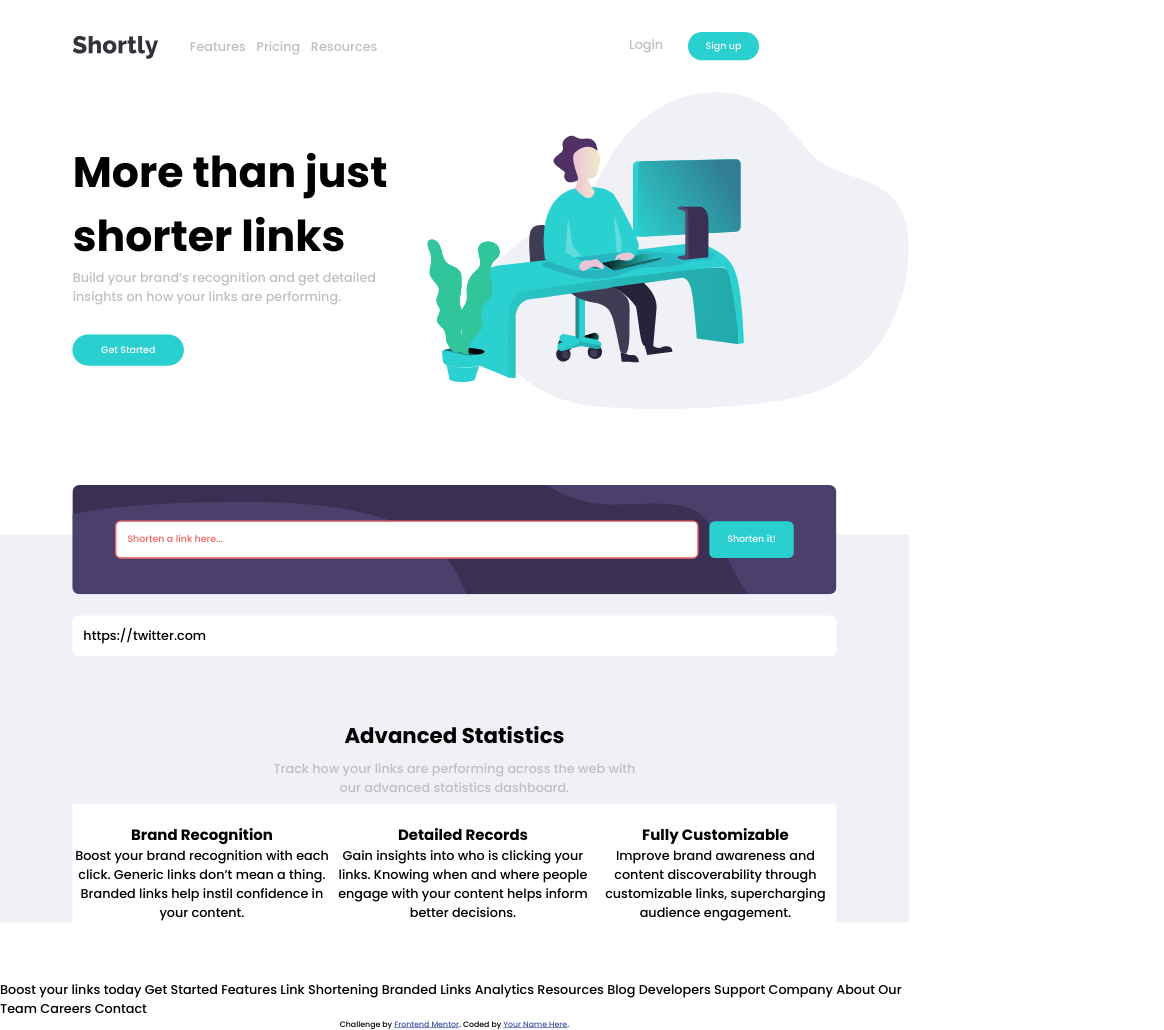
Repository: mamulini/URL-shortener
Page: index.html
An editor plug-in stored every save of this project. The page is shown before and after a run of saves, followed by the edit.
The browser window is 1280 px wide. The page is 1280 px wide, then 1640 px, so the pictures cover 1640 px, including what lies to the right of the window. The pictures show the whole page, at 71% of full size.
The style sheet was rebuilt from its Sass, Less or Tailwind sources for each picture, by a compiler version that may differ from the author's.

Above is the page before, as saved 2020-04-11 22:57:28.

### index.html
<!DOCTYPE html>
<html lang="en">
<head>
  <meta charset="UTF-8">
  <meta name="viewport" content="width=device-width, initial-scale=1.0"> <!-- displays site properly based on user's device -->

  <link rel="icon" type="image/png" sizes="32x32" href="./images/favicon-32x32.png">
  <link rel="stylesheet" href="./sass/main.css">

  <title>Frontend Mentor | Shortly URL shortening API Challenge</title>

  <!-- Feel free to remove these styles or customise in your own stylesheet 👍 -->

</head>
<body>
  <header class="header container">
    <a href="/" class="header__logo"><img src="./images/logo.svg" alt="logo">
    </a>
    <nav class="nav">
      <ul class="nav__menu">
        <li class="nav__item"><a class="nav__link" href="#">Features</a></li>
        <li class="nav__item"><a class="nav__link" href="#">Pricing</a></li>
        <li class="nav__item"><a class="nav__link" href="#">Resources</a></li>
      </ul>
    </nav>
    <div class="user">
      <a class="user__login" href="#" >Login</a>
      <button class="user__sign-up btn--blue" type="button">Sign up</button>
    </div>

  </header>
  <main class="main">
    <div class="intro">
      <div class="intro__description">
        <h1 class="intro__title">More than just shorter links</h1>
        <p class="intro__subtitle">Build your brand’s recognition and get detailed <br> insights
          on how your links are performing.</p>
        <button class="intro__btn btn--blue">Get Started</button>

      </div>
      <div class="intro__img">
        <img src="./images/illustration-working.svg" alt="image">
      </div>
    </div>
    <div class="shorten ">
      <div class="shorten__handler container">
        <form class="shorten__form">
          <input class="shorten__input" type="text" value="" placeholder="Shorten a link here...">
          <button class="shorten__btn btn--blue" type="button">Shorten it!</button>
        </form>
      </div>
      <div class="shorten__link container">
        https://twitter.com
      </div>
    </div>
    <div class="statistics ">
      <h2 class="statistics__title">Advanced Statistics</h2>
      <p class="statistics__subtitle">Track how your links are performing across the web with our
        advanced statistics dashboard.</p>
      <div class="blocks_wrapper container">
        <div class="blocks ">
          <img src="" alt="" class="blocks__icon">
          <h3 class="blocks__title">Brand Recognition</h3>
          <p class="blocks__subtitle">Boost your brand recognition with each click. Generic links don’t
            mean a thing. Branded links help instil confidence in your content.</p>
        </div>
        <div class="blocks">
          <img src="" alt="" class="blocks__icon">
          <h3 class="blocks__title">Detailed Records</h3>
          <p class="blocks__subtitle">Gain insights into who is clicking your links. Knowing when and where
            people engage with your content helps inform better decisions.</p>
        </div>
        <div class="blocks">
          <img src="" alt="" class="blocks__icon">
          <h3 class="blocks__title">Fully Customizable</h3>
          <p class="blocks__subtitle">Improve brand awareness and content discoverability through customizable
            links, supercharging audience engagement.</p>
        </div>
      </div>
    </div>
  </main>

  <br>
  <br>
  <br>
  Boost your links today

  Get Started

  Features

  Link Shortening
  Branded Links
  Analytics

  Resources

  Blog
  Developers
  Support

  Company

  About
  Our Team
  Careers
  Contact

  <div class="attribution">
    Challenge by <a href="https://www.frontendmentor.io?ref=challenge" target="_blank">Frontend Mentor</a>.
    Coded by <a href="#">Your Name Here</a>.
  </div>
</body>
</html>

### sass/main.scss
@import url('https://fonts.googleapis.com/css2?family=Poppins:wght@500;700&display=swap');

// colors
$text_gray: hsl(0, 0%, 75%);
$cyan_btn:  hsl(180, 66%, 49%);
$dark_violet : hsl(257, 27%, 26%);
$red : hsl(0, 87%, 67%);
$light_bg: #eff1f7;

* {
    padding: 0;
    margin: 0;
    box-sizing: border-box;
}

body{
    font-size: 18px;
    font-family: 'poppins', sans-serif;
    font-weight: 500;

}

img {
    max-width: 100%;
}

.container {
    max-width: 84%;
    margin: 0 auto;
}

.header {
    margin-top: 40px;
    margin-bottom: 40px;
    display: flex;
    justify-content: flex-start;
    align-items: center;
    &__logo{
        flex: 0 0 25%;
        max-width: 150px;
        margin-top: 10px;
    }
}

.nav{
    flex: 0 0 25%;
    &__menu{
        display: flex;
        justify-content: space-between;
        list-style: none;

    }

    &__item{
        margin-left: 15px;
    }

    &__link{
        text-decoration: none;
        color: $text_gray;
        &:hover{
            color: #000000;
        }
    }
}

.user{
    flex: 0 0 50%;
    text-align: right;

    &__login{
        color: $text_gray;
        margin-right: 30px;
        text-decoration: none;
        &:hover{
            color: #000000;
        }
    }
}

.btn--blue{
    padding: 10px 25px;
    border: none;
    cursor: pointer;
    display: inline-block;
    border-radius: 50px;
    background: $cyan_btn;
    outline: none;
    color: #ffffff;
    font-family: 'poppins', sans-serif;
    font-weight: 500;

    &:hover{
        opacity: .5;
    }

    &:active{
        transform: scale(0.90);
    }
}

.intro{
    display: flex;
    justify-content: space-between;

    &__description{
        display: flex;
        flex-direction: column;
        justify-content: center;
        align-items: flex-start;
        max-width: 500px;
        margin-left: 8%;
    }

    &__title {
        font-size: 60px;
    }

    &__subtitle {
        text-align-last: left;
        color: $text_gray;
    }

    &__btn{
        margin-top: 40px;
        padding: 12px 40px;
    }
}

.shorten{
    background: $light_bg;
    margin-top: 170px;

    &__handler{
        background-image: url('../images/bg-shorten-desktop.svg');
        background-position: center;
        background-size: cover;
        background-color: $dark_violet;
        border-radius: 10px;
        position: relative;
        top: -70px;
        margin-bottom: -60px;
    }

    &__form{
        display: flex;
        justify-content: space-between;
        align-items: center;
        padding: 50px 60px;
    }

    &__input{
        flex: 1;
        padding: 15px;
        border-radius: 8px;
        margin-right: 15px;
        font-family:'poppins', sans-serif;
        border: 2px solid $red;
        outline: none;
         &::placeholder{
            color: $red;
         }
    }

    &__btn{
        border-radius: 8px;
        padding-top: 15px;
        padding-bottom: 17px;
    }

    &__link{
        background: #ffffff;
        padding: 15px;
        margin-top: 20px;
        border-radius: 8px;
    }
}

.statistics{
    background: $light_bg;
    text-align: center;
    padding-top: 90px;

    &__title {
        font-size: 30px;
    }
    &__subtitle{
        max-width: 520px;
        margin: 10px auto;
        color: $text_gray;
    }
}

.blocks_wrapper {
    display: flex;
    justify-content: space-between;
    background: #ffffff;
}

.attribution { font-size: 11px; text-align: center; }
.attribution a { color: hsl(228, 45%, 44%); }

After the next 4 saves:
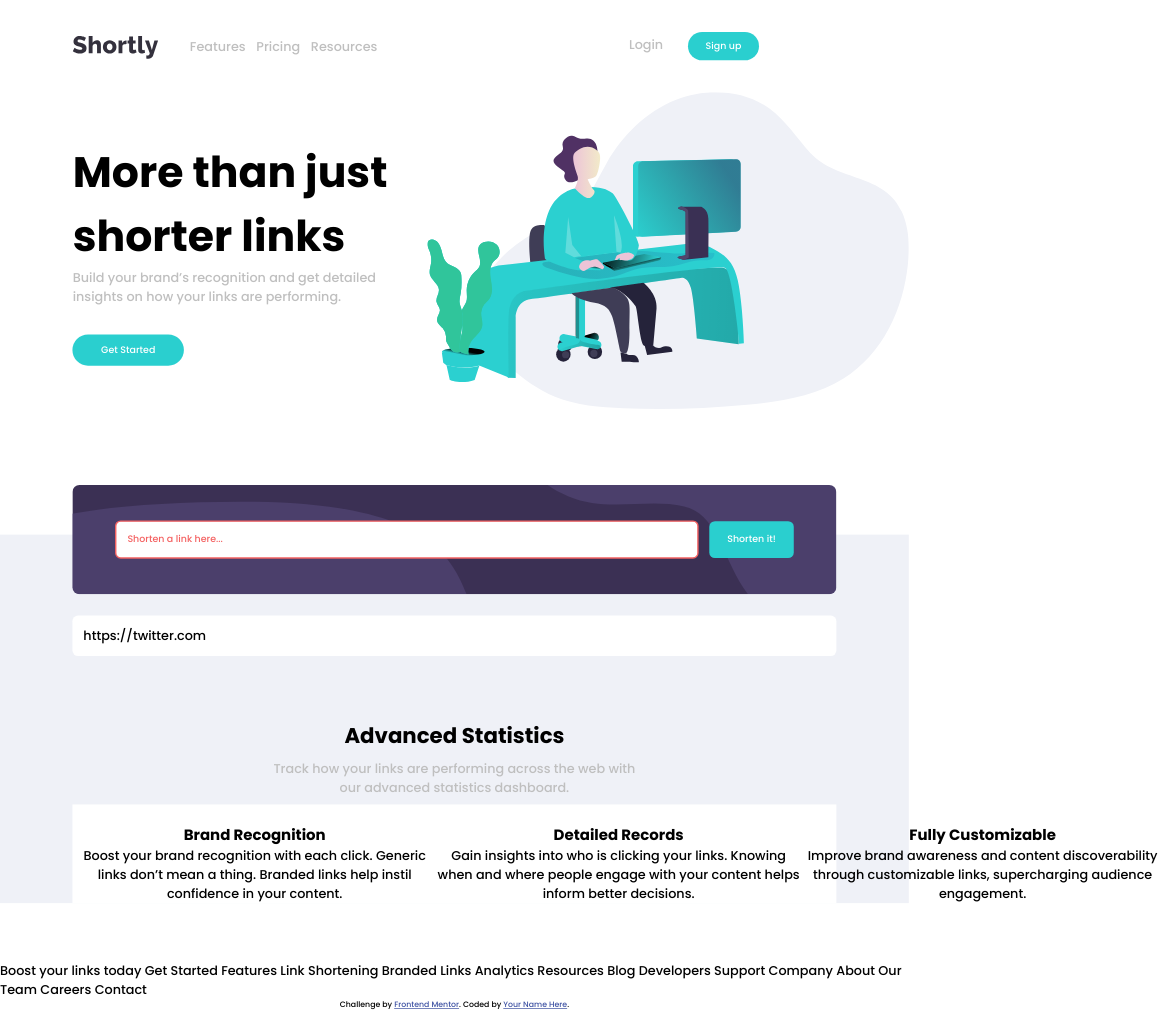
The 4 saves are shown as one change because 3 did not build or start.
The last was saved 20 h 8 min later.
--- a/index.html
+++ b/index.html
@@ -58,22 +58,22 @@
       <p class="statistics__subtitle">Track how your links are performing across the web with our
         advanced statistics dashboard.</p>
       <div class="blocks_wrapper container">
-        <div class="blocks ">
-          <img src="" alt="" class="blocks__icon">
-          <h3 class="blocks__title">Brand Recognition</h3>
-          <p class="blocks__subtitle">Boost your brand recognition with each click. Generic links don’t
+        <div class="block block--1">
+          <img src="" alt="" class="block__icon">
+          <h3 class="block__title">Brand Recognition</h3>
+          <p class="block__subtitle">Boost your brand recognition with each click. Generic links don’t
             mean a thing. Branded links help instil confidence in your content.</p>
         </div>
-        <div class="blocks">
-          <img src="" alt="" class="blocks__icon">
-          <h3 class="blocks__title">Detailed Records</h3>
-          <p class="blocks__subtitle">Gain insights into who is clicking your links. Knowing when and where
+        <div class="block block--2">
+          <img src="" alt="" class="block__icon">
+          <h3 class="block__title">Detailed Records</h3>
+          <p class="block__subtitle">Gain insights into who is clicking your links. Knowing when and where
             people engage with your content helps inform better decisions.</p>
         </div>
-        <div class="blocks">
-          <img src="" alt="" class="blocks__icon">
-          <h3 class="blocks__title">Fully Customizable</h3>
-          <p class="blocks__subtitle">Improve brand awareness and content discoverability through customizable
+        <div class="block block--3">
+          <img src="" alt="" class="block__icon">
+          <h3 class="block__title">Fully Customizable</h3>
+          <p class="block__subtitle">Improve brand awareness and content discoverability through customizable
             links, supercharging audience engagement.</p>
         </div>
       </div>
--- a/sass/main.scss
+++ b/sass/main.scss
@@ -197,5 +197,9 @@ img {
     background: #ffffff;
 }
 
+.block{
+    flex: 0 0 calc(50% - 25px);
+}
+
 .attribution { font-size: 11px; text-align: center; }
 .attribution a { color: hsl(228, 45%, 44%); }
